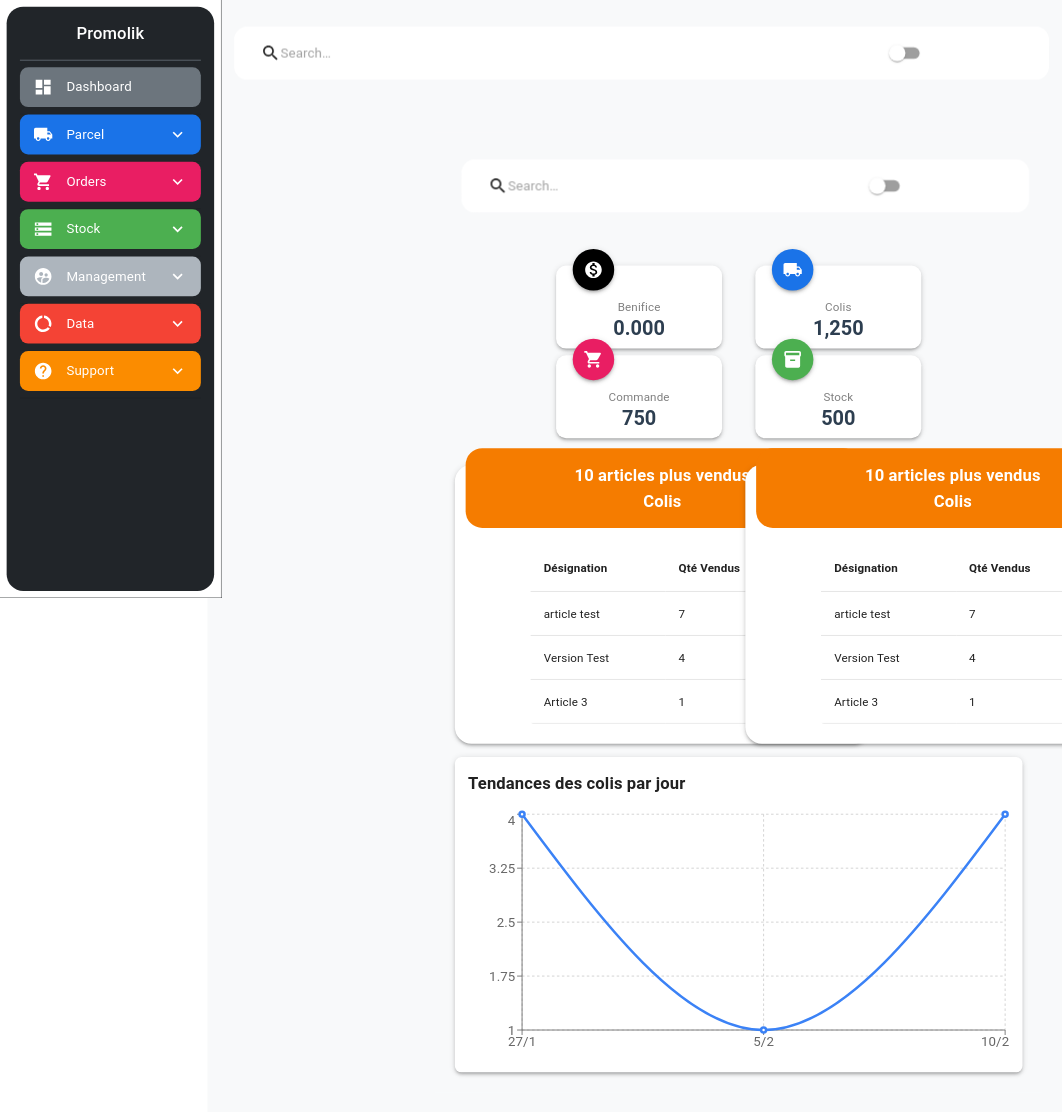
Repository: yosrjdly/stk
Page: /dashboard (app in dashboard/)
The author's editor kept a copy of each file at every save. The page is drawn from the files as they stood at one save, then again after a run of saves.
The browser window is 1280 px wide. The pictures show the whole page, at 83% of full size.
The project was rebuilt for these pictures with package versions that can differ from the ones it lists, and the page was loaded fresh each time. The framework's server and built-in components were replaced by stand-ins that run in the browser. Also part of the build but not shown: dashboard/next.config.ts.

Above is the page before, as saved 2025-02-16 16:39:07.

### dashboard/src/app/dashboard/Layout.tsx
"use client";

import { Box, CssBaseline, Toolbar } from "@mui/material";
import Sidebar from "../../componenets/sidebar/SideBar";
import Navbar from "../../componenets/navbar/Navbar"; // Assuming you have a Navbar component
import { ReactNode } from "react";

interface LayoutProps {
  children: ReactNode;
}

export default function Layout({ children }: LayoutProps) {
  return (
    <Box sx={{ display: "flex" }}>
      <CssBaseline />

      {/* Sidebar (Permanent) */}
      <Sidebar />

      {/* Main Content Area */}
      <Box
        component="main"
        sx={{

          flexGrow: 1,
          p: 3,
          width: `calc(100% - 250px)`, // Adjusting main content width to fit sidebar
          backgroundColor: "#f8f9fa",
          minHeight: "100vh",
        }}
      >
        {/* Navbar */}
        <Navbar />

        {/* Page Content */}
        <Toolbar /> {/* Keeps content from being hidden behind Navbar */}
        {children}
      </Box>
    </Box>
  );
}

### dashboard/src/app/dashboard/page.tsx
import DashboardStats from "@/componenets/cards/smallCard/StatisticCard";
import Layout from "../dashboard/Layout";
import TopSellingCard from "../../componenets/cards/mediumCard/TopSellingCard";
import Chart from "../../componenets/Charts/Chart";
import { Box, Grid } from "@mui/material";

export default function DashboardHome() {
  return (
    <Layout>
      {/* Stats at the top */}
      <Box sx={{ mb: 4 }}>
        <DashboardStats />
      </Box>

      {/* Two TopSellingCards in one row */}
      <Grid container spacing={2} sx={{ mb: 2 }}>
        <Grid item xs={12} md={6}>
          <TopSellingCard />
        </Grid>
        <Grid item xs={12} md={6}>
          <TopSellingCard />
        </Grid>
      </Grid>

      {/* Chart below */}
      <Box>
        <Chart />
      </Box>
    </Layout>
  );
}

### dashboard/src/componenets/sidebar/SideBar.tsx
"use client";

import { useState } from "react";
import { useRouter, usePathname } from "next/navigation";
import {
  Drawer,
  List,
  ListItemButton,
  ListItemText,
  Collapse,
  Divider,
  Typography,
  Box,
  IconButton,
} from "@mui/material";
import { ExpandLess, ExpandMore, Brightness4, Brightness7 } from "@mui/icons-material";
import DashboardIcon from '@mui/icons-material/Dashboard';
import LocalShippingIcon from '@mui/icons-material/LocalShipping';
import ShoppingCartIcon from '@mui/icons-material/ShoppingCart';
import StorageIcon from '@mui/icons-material/Storage';
import SupervisedUserCircleIcon from '@mui/icons-material/SupervisedUserCircle';
import DataUsageIcon from '@mui/icons-material/DataUsage';
import HelpIcon from '@mui/icons-material/Help';

const menuItems = [
  {
    title: "Dashboard",
    path: "/dashboard",
    color: "#6c757d",
    icon: <DashboardIcon />,
  },
  {
    title: "Parcel",
    subItems: [
      { title: "Statistique", path: "/parcel/statistical" },

      { title: "Exchange List", path: "/parcel/exchangeList" },
      { title: "Search", path: "/parcel/search" },

      { title: "Exchange Return", path: "/dashboard/parcel/exchangeReturn" },
      { title: "Exchange Creation", path: "/dashboard/parcel/exchangeCreation" },
      { title: "Package Creation", path: "/dashboard/parcel/packageCreation" },
      { title: "Package Edit", path: "/dashboard/parcel/packageEdit" },
      { title: "Package List", path: "/dashboard/parcel/packageList" },
      { title: "Parcel Return", path: "/dashboard/parcel/parcelReturn" },

    ],
    color: "#1a73e8",
    icon: <LocalShippingIcon />,
  },
  {
    title: "Orders",
    subItems: [
      { title: "Cash Sale", path: "/dashboard/orders/cashSale" },
      { title: "Orders", path: "/dashboard/orders/orders" },
    ],
    color: "#e91e63",
    icon: <ShoppingCartIcon />,
  },
  {
    title: "Stock",
    subItems: [
      { title: "Add Article", path: "/dashboard/stock/addArticle" },
      { title: "Entred Stock", path: "/dashboard/stock/entredStock" },
      { title: "Notification", path: "/dashboard/stock/notification" },
      { title: "Stock", path: "/dashboard/stock/stock" },
    ],
    color: "#4caf50",
    icon: <StorageIcon />,
  },
  {
    title: "Management",
    subItems: [
      { title: "Delivery Company", path: "/manegement/deliveryCompany" },
      { title: "Profile", path: "/dashboard/management/profile" },
      { title: "Profit", path: "/dashboard/management/profit" },
      { title: "Spending", path: "/dashboard/management/spending" },
      { title: "User", path: "/dashboard/management/user" },
    ],
    color: "#adb5bd",
    icon: <SupervisedUserCircleIcon />,
  },
  {
    title: "Data",
    subItems: [
      { title: "Archived Parcel", path: "/dashboard/data/archivedParcel" },
      { title: "Command Deleted", path: "/dashboard/data/commandDeleted" },
      { title: "Deleted Parcel", path: "/dashboard/data/deletedParcel" },
      { title: "Inventory Removed", path: "/dashboard/data/inventoryRemoved" },
    ],
    color: "#f44335",
    icon: <DataUsageIcon />,
  },
  {
    title: "Support",
    subItems: [
      { title: "About Us", path: "/dashboard/support/aboutUs" },
      { title: "Claims", path: "/dashboard/support/claims" },
      { title: "User Guide", path: "/dashboard/support/userGuide" },
    ],
    color: "#fb8c00",
    icon: <HelpIcon />,
  },
];

export default function Sidebar() {
  const router = useRouter();
  const pathname = usePathname();
  const [openSections, setOpenSections] = useState<Record<string, boolean>>({});

  const toggleSection = (title: string) => {
    setOpenSections((prev) => ({
      ...prev,
      [title]: !prev[title],
    }));
  };

  return (
    <Drawer variant="permanent" sx={{ width: 250, flexShrink: 0, marginTop: 2 }}>
      <Box sx={{ height: "100%", width: 250, padding: 2, backgroundColor: "#212529", borderRadius: 5, margin: 1 }}>
        <Typography variant="h6" sx={{ color: "white", textAlign: "center", mb: 2 }}>
          Promolik
        </Typography>
        <Divider sx={{ backgroundColor: "#6c757d" }} />
        <List>
          {menuItems.map((item, index) => {
            const isParentActive = item.subItems?.some((subItem) => pathname === subItem.path);

            return (
              <div key={index}>
                {item.subItems ? (
                  <>
                    <ListItemButton
                      sx={{
                        backgroundColor: item.color,
                        borderRadius: "10px",
                        marginBottom: 1,
                        color: "white",
                      }}
                      onClick={() => toggleSection(item.title)}
                    >
                      {item.icon}
                      <ListItemText primary={item.title} sx={{ ml: 2 }} />
                      {openSections[item.title] ? <ExpandLess /> : <ExpandMore />}
                    </ListItemButton>
                    <Collapse in={openSections[item.title]} timeout="auto" unmountOnExit>
                      <List component="div" disablePadding>
                        {item.subItems.map((subItem, subIndex) => (
                          <ListItemButton
                            key={subIndex}
                            sx={{
                              pl: 4,
                              backgroundColor: pathname === subItem.path ? item.color : "transparent",
                              borderRadius: pathname === subItem.path ? "10px" : "0px",
                              marginBottom: 1,
                              color: pathname === subItem.path ? "white" : "#ccc",
                            }}
                            onClick={() => router.push(subItem.path)}
                          >
                            <ListItemText primary={subItem.title} />
                          </ListItemButton>
                        ))}
                      </List>
                    </Collapse>
                  </>
                ) : (
                  <ListItemButton
                    sx={{
                      backgroundColor: pathname === item.path ? item.color : "transparent",
                      borderRadius: pathname === item.path ? "10px" : "0px",
                      marginBottom: 1,
                      color: pathname === item.path ? "white" : "#ccc",
                    }}
                    onClick={() => router.push(item.path)}
                  >
                    {item.icon}
                    <ListItemText primary={item.title} sx={{ ml: 2 }} />
                  </ListItemButton>
                )}
                <Divider />
              </div>
            );
          })}
        </List>
      </Box>
    </Drawer>
  );
}

### dashboard/src/componenets/navbar/Navbar.tsx
'use client';

import React, { useState } from 'react';
import { AppBar, Toolbar, IconButton, InputBase, Menu, MenuItem, Switch, FormControlLabel } from '@mui/material';
import { Search as SearchIcon, Help as HelpIcon, Notifications as NotificationsIcon, Language as LanguageIcon, Logout as LogoutIcon, DarkMode as DarkModeIcon } from '@mui/icons-material';
import { useTheme } from '@mui/material/styles';

const Navbar = () => {
  const [anchorEl, setAnchorEl] = useState(null);
  const [themeMode, setThemeMode] = useState(false); // Dark mode state

  const theme = useTheme();

  const handleMenuOpen = (event) => {
    setAnchorEl(event.currentTarget);
  };

  const handleMenuClose = () => {
    setAnchorEl(null);
  };

  const toggleTheme = () => {
    setThemeMode((prev) => !prev);
    // You can add a theme switcher logic here (like changing the theme color)
  };

  return (
    <AppBar
      position="sticky"
      sx={{
        mx: 1,
        mt: 1,
        borderRadius: '16px',
        boxShadow: 'none',
        backdropFilter: 'blur(10px)',
        zIndex: 1200,
        backgroundColor:'#ffff'
      }}
    >
      <Toolbar>
        {/* Search Bar */}
        <InputBase
          placeholder="Search…"
          startAdornment={<SearchIcon />}
          sx={{ flexGrow: 1, backgroundColor: theme.palette.background.default, borderRadius: '4px', paddingLeft: '8px' }}
        />

        {/* Help Icon */}
        <IconButton color="inherit" onClick={handleMenuOpen}>
          <HelpIcon />
        </IconButton>

        {/* Notifications Icon */}
        <IconButton color="inherit">
          <NotificationsIcon />
        </IconButton>

        {/* Theme Switch */}
        <FormControlLabel
          control={<Switch checked={themeMode} onChange={toggleTheme} />}
          label={<DarkModeIcon />}
        />

        {/* Language Icon */}
        <IconButton color="inherit">
          <LanguageIcon />
        </IconButton>

        {/* Logout Icon */}
        <IconButton color="inherit">
          <LogoutIcon />
        </IconButton>
      </Toolbar>

      {/* Help Icon Menu */}
      <Menu
        anchorEl={anchorEl}
        open={Boolean(anchorEl)}
        onClose={handleMenuClose}
      >
        <MenuItem onClick={handleMenuClose}>Help Center</MenuItem>
        <MenuItem onClick={handleMenuClose}>Contact Support</MenuItem>
      </Menu>
    </AppBar>
  );
};

export default Navbar;

### dashboard/src/componenets/cards/smallCard/StatisticCard.tsx
'use client';

import React from 'react';
import { Card, CardContent, Typography, Box } from '@mui/material';
import MonetizationOnIcon from '@mui/icons-material/MonetizationOn';
import LocalShippingIcon from '@mui/icons-material/LocalShipping';
import ShoppingCartIcon from '@mui/icons-material/ShoppingCart';
import InventoryIcon from '@mui/icons-material/Inventory';

const StatisticCard = ({
  title,
  value,
  icon,
  bgColor,
}: {
  title: string;
  value: string;
  icon: React.ReactNode;
  bgColor: string;
}) => {
  return (
    <Box sx={{ position: 'relative', display: 'inline-block', mx: 2 }}>
      {/* Floating Icon */}
      <Box
        sx={{
          position: 'absolute',
          top: -20,
          left: 20,
          width: 50,
          height: 50,
          borderRadius: '50%',
          backgroundColor: bgColor,
          display: 'flex',
          alignItems: 'center',
          justifyContent: 'center',
          boxShadow: 3,
        }}
      >
        {icon}
      </Box>

      {/* Card */}
      <Card
        sx={{
          width: 200,
          height: 100,
          borderRadius: 3,
          textAlign: 'center',
          boxShadow: 3,
          backgroundColor: 'white',
          pt: 3,
        }}
      >
        <CardContent>
          <Typography variant="body2" sx={{ color: 'gray' }}>
            {title}
          </Typography>
          <Typography variant="h5" sx={{ fontWeight: 'bold', color: '#2D3E50' }}>
            {value}
          </Typography>
        </CardContent>
      </Card>
    </Box>
  );
};

const DashboardStats = () => {
  const stats = [
    { title: 'Benifice', value: '0.000', icon: <MonetizationOnIcon sx={{ color: 'white' }} />, bgColor: 'black' },
    { title: 'Colis', value: '1,250', icon: <LocalShippingIcon sx={{ color: 'white' }} />, bgColor: '#1a73e8' },
    { title: 'Commande', value: '750', icon: <ShoppingCartIcon sx={{ color: 'white' }} />, bgColor: '#e91e63' },
    { title: 'Stock', value: '500', icon: <InventoryIcon sx={{ color: 'white' }} />, bgColor: '#4caf50' },
  ];

  return (
    <Box display="flex" justifyContent="center" gap={1} flexWrap="wrap" mt={0}>
      {stats.map((stat, index) => (
        <StatisticCard key={index} title={stat.title} value={stat.value} icon={stat.icon} bgColor={stat.bgColor} />
      ))}
    </Box>
  );
};

export default DashboardStats;

### dashboard/src/componenets/cards/mediumCard/TopSellingCard.tsx
"use client";

import { Card, CardContent, Typography, Table, TableBody, TableCell, TableContainer, TableHead, TableRow, Paper, Box } from "@mui/material";

const data = [
  { name: "article test", quantity: 7 },
  { name: "Version Test", quantity: 4 },
  { name: "Article 3", quantity: 1 },
];

const TopSellingCard = () => {
  return (
    <Card sx={{ width: 500, borderRadius: 5, boxShadow: 3, overflow: "visible", display: "flex", flexDirection: "column", alignItems: "center", justifyContent: "center", position: "relative" }}>
      <CardContent sx={{ backgroundColor: "#f57c00", color: "white", textAlign: "center", padding: 2, width: 475, position: "absolute", top: -20,borderRadius: 5 }}>
        <Typography variant="h6" fontWeight="bold">
          10 articles plus vendus
        </Typography>
        <Typography variant="h6" fontWeight="bold">
          Colis
        </Typography>
      </CardContent>
      <CardContent sx={{ width: 350, marginTop: 10 }}>
        <TableContainer component={Paper} elevation={0} sx={{ boxShadow: "none" }}>
          <Table>
            <TableHead>
              <TableRow>
                <TableCell sx={{ fontWeight: "bold" }}>Désignation</TableCell>
                <TableCell sx={{ fontWeight: "bold" }}>Qté Vendus</TableCell>
              </TableRow>
            </TableHead>
            <TableBody>
              {data.map((item, index) => (
                <TableRow key={index}>
                  <TableCell>{item.name}</TableCell>
                  <TableCell>{item.quantity}</TableCell>
                </TableRow>
              ))}
            </TableBody>
          </Table>
        </TableContainer>
      </CardContent>
    </Card>
  );
};

export default TopSellingCard;

### dashboard/src/componenets/Charts/Chart.tsx
"use client";

import { Card, CardContent, Typography } from "@mui/material";
import { LineChart, Line, XAxis, YAxis, CartesianGrid, Tooltip, ResponsiveContainer } from "recharts";

const data = [
  { date: "27/1", value: 4 },
  { date: "5/2", value: 1 },
  { date: "10/2", value: 4 },
];

const Chart = () => {
  return (
    <Card sx={{ width: "100%", borderRadius: 2, boxShadow: 3, padding: 2 }}>
      <Typography variant="h6" fontWeight="bold" sx={{ marginBottom: 2 }}>
        Tendances des colis par jour
      </Typography>
      <ResponsiveContainer width="100%" height={300}>
        <LineChart data={data}>
          <CartesianGrid strokeDasharray="3 3" />
          <XAxis dataKey="date" />
          <YAxis domain={[1, 4]} />
          <Tooltip />
          <Line type="monotone" dataKey="value" stroke="#3b82f6" strokeWidth={3} />
        </LineChart>
      </ResponsiveContainer>
    </Card>
  );
};

export default Chart;

Loaded but not shown: dashboard/src/app/layout.tsx (common file); dashboard/src/app/globals.css (common file)

After the next 4 saves:
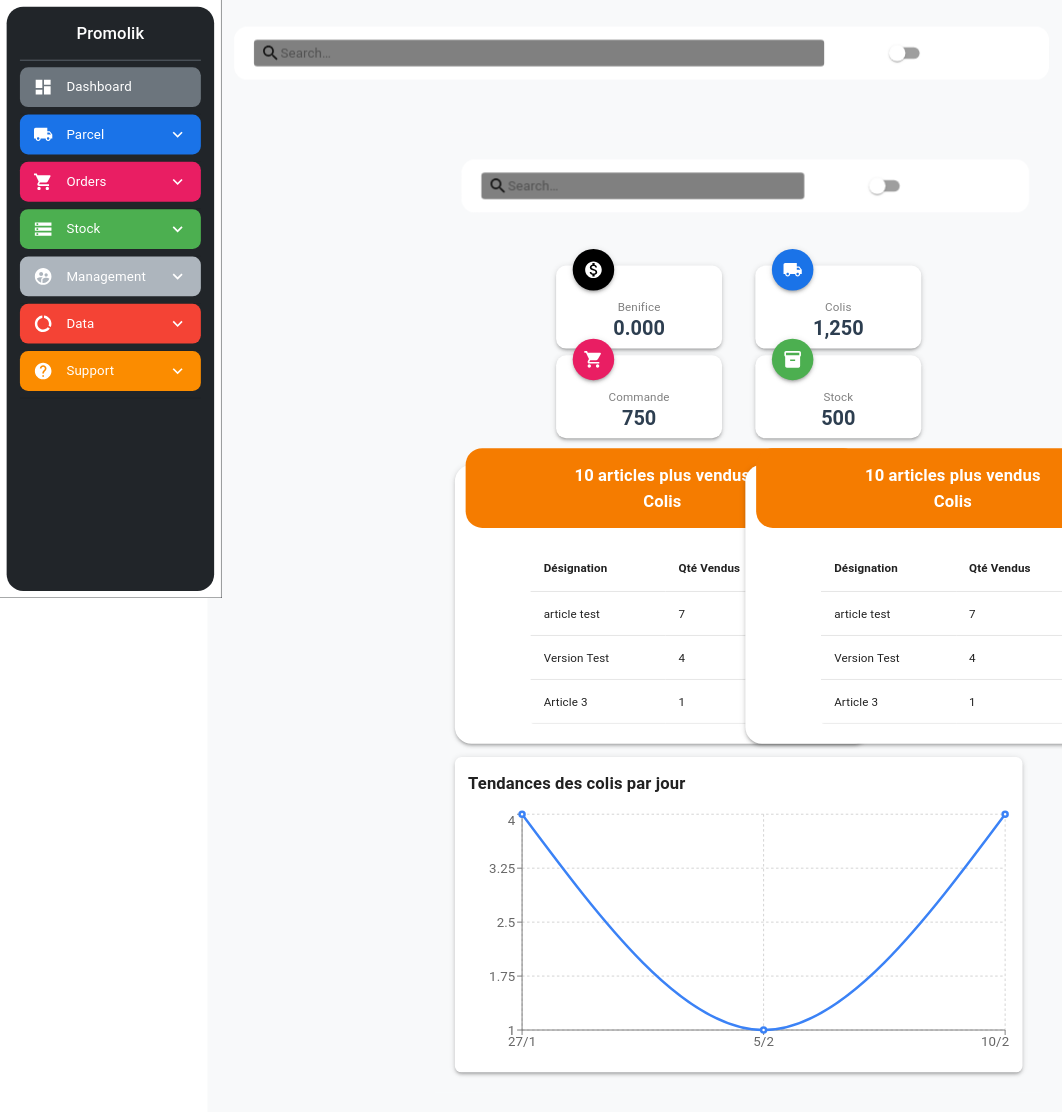
The 4 saves are shown as one change because they came seconds apart.
The last was saved 46 s later.
--- a/dashboard/src/componenets/navbar/Navbar.tsx
+++ b/dashboard/src/componenets/navbar/Navbar.tsx
@@ -42,7 +42,7 @@
         <InputBase
           placeholder="Search…"
           startAdornment={<SearchIcon />}
-          sx={{ flexGrow: 1, backgroundColor: theme.palette.background.default, borderRadius: '4px', paddingLeft: '8px' }}
+          sx={{ flexGrow: 1, backgroundColor: 'gray', borderRadius: '4px', paddingLeft: '8px' }}
         />
 
         {/* Help Icon */}

After the save that followed:
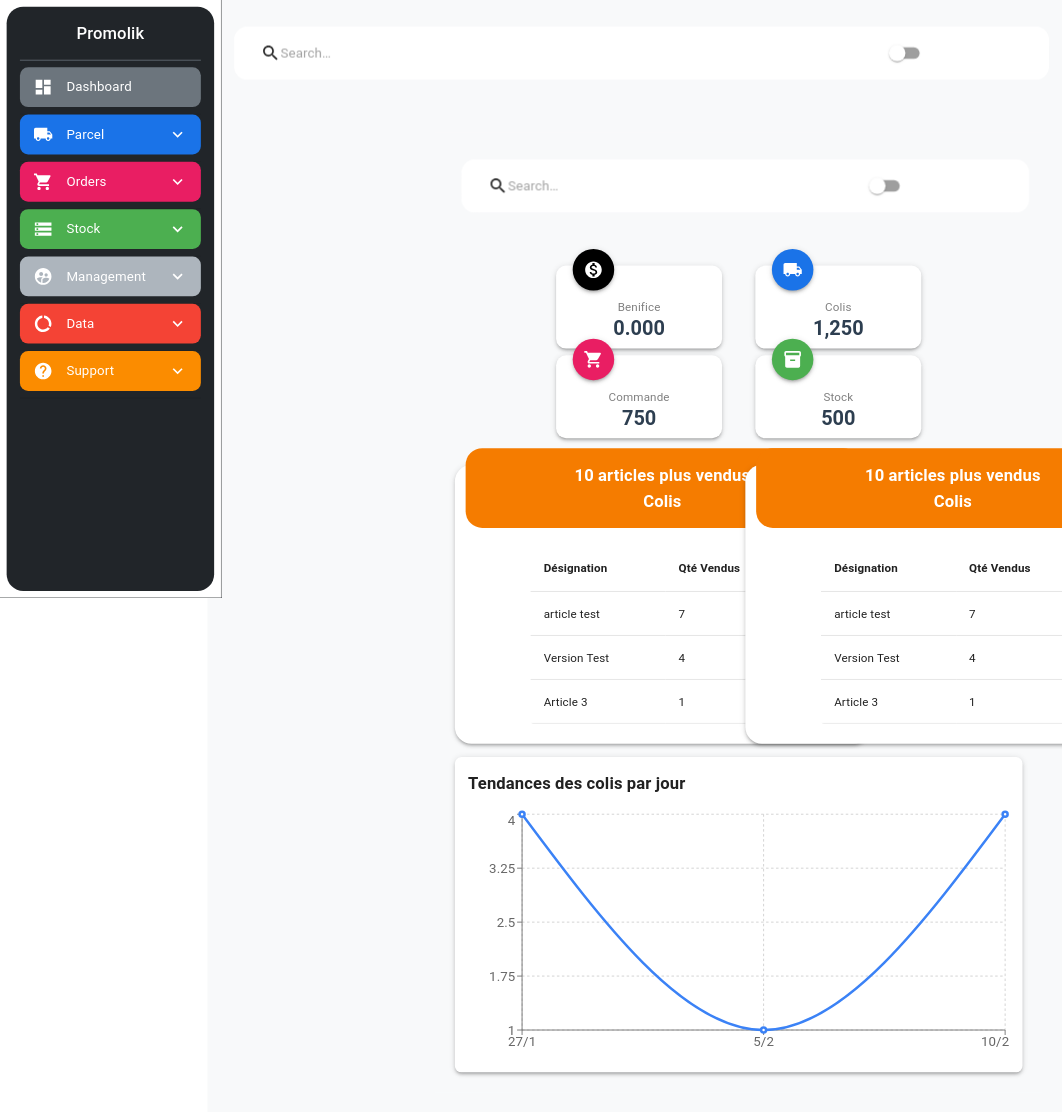
Saved 10 s later.
--- a/dashboard/src/componenets/navbar/Navbar.tsx
+++ b/dashboard/src/componenets/navbar/Navbar.tsx
@@ -42,7 +42,7 @@
         <InputBase
           placeholder="Search…"
           startAdornment={<SearchIcon />}
-          sx={{ flexGrow: 1, backgroundColor: 'gray', borderRadius: '4px', paddingLeft: '8px' }}
+          sx={{ flexGrow: 1, backgroundColor: theme.palette.background.default, borderRadius: '4px', paddingLeft: '8px' }}
         />
 
         {/* Help Icon */}
